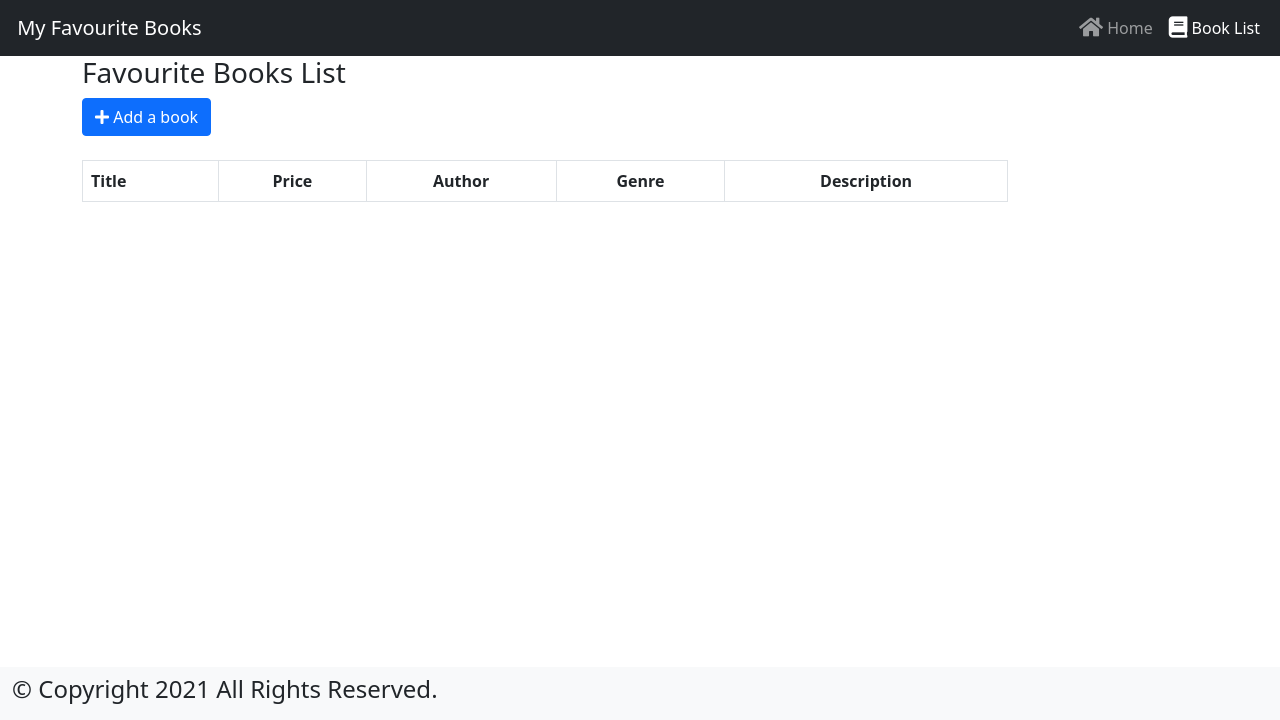
Repository: ananthantharma/COMP229-M2021-MidTerm-301175762
Page: http://localhost/books
The author's editor kept a copy of each file at every save. The page is drawn from the files as they stood at one save, then again after the next save.
The browser window is 1280 px wide. The pictures show the whole page.
The page is served by the project's Node server (server.js). Queries for data that is not in the repository find no rows.

Above is the page before, as saved 2021-06-23 01:16:48.

After the next save:
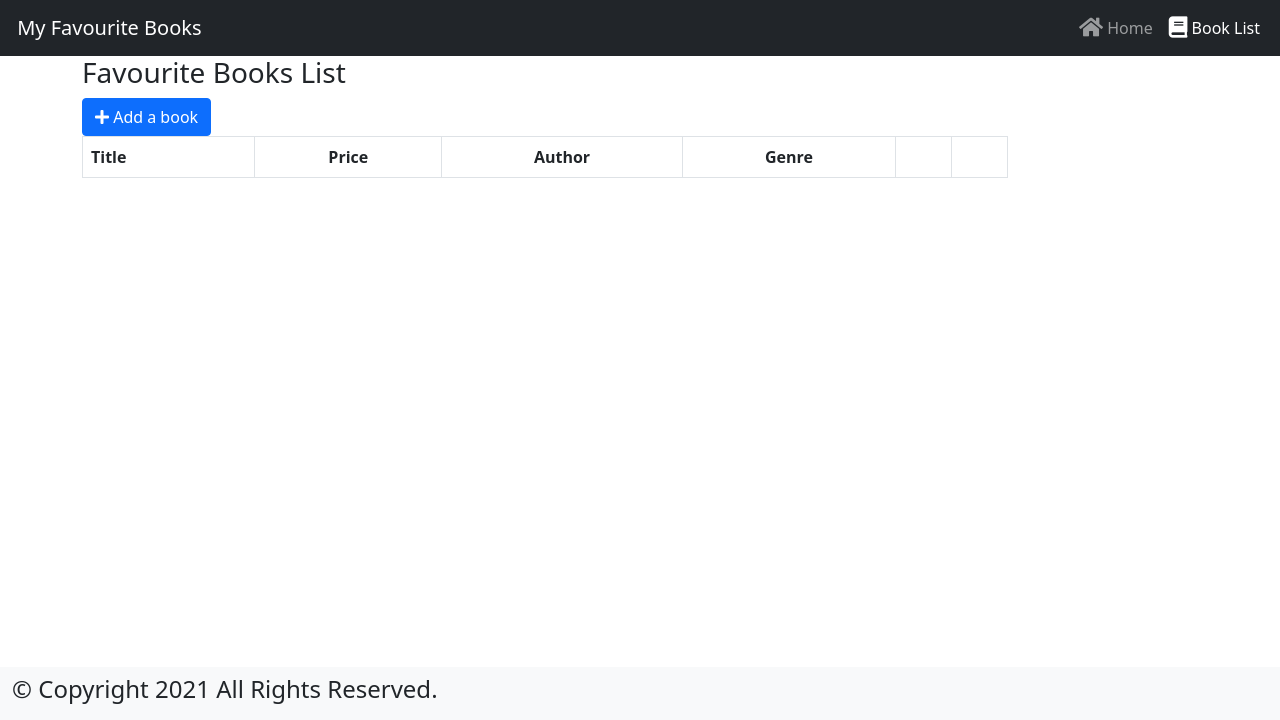
Saved 70 s later.
--- a/Server/Views/books/index.ejs
+++ b/Server/Views/books/index.ejs
@@ -1,3 +1,4 @@
+
 <%- include('../partials/header.ejs'); %>
 
     <!-- MAIN CONTENT -->
@@ -5,11 +6,7 @@
       <div class="row">
         <div class="col-md-offset-1 col-md-10">
           <h3>Favourite Books List </h3>
-          <!-- ------------------------ -->
-          <!-- FIX THE ADD BUTTON BELOW -->
-          <!-- ------------------------ -->
-          <a href="books/add" class="btn btn-primary"><i class="fa fa-plus"></i> Add a book</a>
-          <br>
+          <a href="/books/add" class="btn btn-primary"><i class="fa fa-plus"></i> Add a book</a>
           <br>
           <div class="table-responsive">
             <table class="table table-bordered table-striped table-hover">
@@ -19,13 +16,11 @@
                   <th class="text-center">Price</th>
                   <th class="text-center">Author</th>
                   <th class="text-center">Genre</th>
-                  <th class="text-center">Description</th>
+                  <th class="text-center"></th>
+                  <th class="text-center"></th>
                 </tr>
                 </thead>
                 <tbody>
-
-
-
                 <!-- Template Row -->
                 <% for (let count = 0; count < books.length; count++) { %>
                 <tr>
@@ -33,12 +28,13 @@
                   <td class="text-center">$<%= books[count].Price %></td>
                   <td class="text-center"><%= books[count].Author %></td>
                   <td class="text-center"><%= books[count].Genre %></td>
-                  <td class="text-center"><%= books[count].Description %></td>
                   <td class="text-center">
-                    <a href="books/edit/<%= books[count]._id %>" class="btn btn-primary btn-sm edit"><i class="fas fa-edit fa-sm"></i> Edit</a>
+                  <td class="text-center"><a href="/books/<%=books[count].id%>" class="btn btn-primary btn-sm edit"><i class="fas fa-edit fa-sm"></i> Edit</a></td>
+
                   </td>
                   <td class="text-center">
-                    <a href="books/delete/<%= books[count]._id %>" class="btn btn-danger btn-sm delete"><i class="fas fa-trash-alt fa-sm"></i> Delete</a>
+                     <td class="text-center"><a href="/books/delete/<%=books[count].id%>" class="btn btn-danger btn-sm delete"><i class="fas fa-trash-alt fa-sm"></i> Delete</a></td>
+
                   </td>
                 </tr>
                 <% } %>
